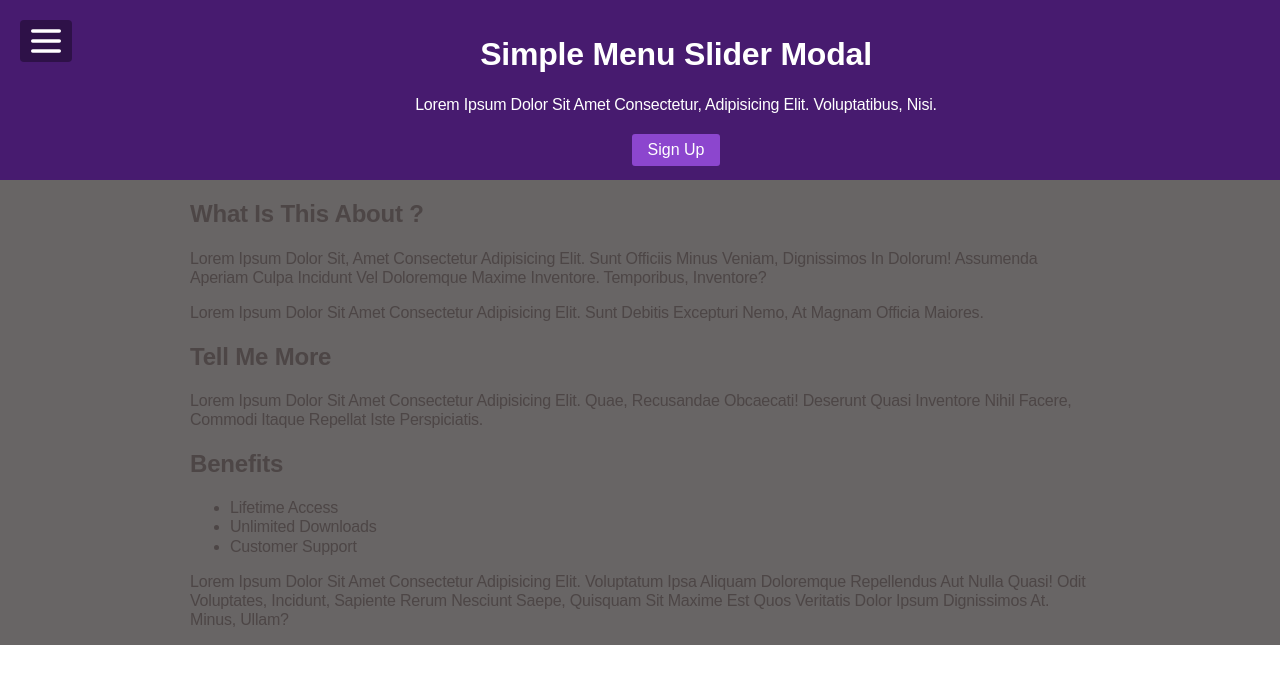
Repository: lilo750/Menu-Slider-modal
Page: index.html
The author's editor kept a copy of each file at every save. The page is drawn from the files as they stood at one save, then again after the next save.
The browser window is 1280 px wide. The pictures show the whole page.
After loading, the first visible `div.container` was clicked once.

Above is the page before, as saved 2024-01-16 03:32:24.

### index.html
<!DOCTYPE html>
<html lang="en">
    <head>
        <meta charset="UTF-8" />
        <meta name="viewport" content="width=device-width, initial-scale=1.0" />
        <title>menu-slider-modal</title>
        <script defer src="assets/logic.js"></script>
        <link rel="stylesheet" href="assets/style.css" />
    </head>
    <body>
        <div class="left-menu">
            <!-- <aside>
                <div id="profile-img">
                    <img
                        src="assets/visuals/profile-img.jpg"
                        alt="profile image"
                    />
                </div>
                <ul>
                    <li>home</li>
                    <li>portfolio</li>
                    <li>blog</li>
                    <li>contact me</li>
                </ul>
            </aside> -->

            <button id="burger-btn">
                <img
                    src="assets/visuals/burger-menu-svgrepo-com.svg"
                    alt="burger icon"
                />
            </button>
        </div>
        <div class="container">
            <header>
                <div class="heading">
                    <h1>Simple Menu slider Modal</h1>
                    <p>
                        Lorem ipsum dolor sit amet consectetur, adipisicing
                        elit. Voluptatibus, nisi.
                    </p>
                    <button id="signUp-btn">Sign Up</button>
                </div>
            </header>

            <main>
                <h2>what is this about ?</h2>
                <p>
                    Lorem ipsum dolor sit, amet consectetur adipisicing elit.
                    Sunt officiis minus veniam, dignissimos in dolorum!
                    Assumenda aperiam culpa incidunt vel doloremque maxime
                    inventore. Temporibus, inventore?
                </p>
                <p>
                    Lorem ipsum dolor sit amet consectetur adipisicing elit.
                    Sunt debitis excepturi nemo, at magnam officia maiores.
                </p>
                <h2>tell me more</h2>
                <p>
                    Lorem ipsum dolor sit amet consectetur adipisicing elit.
                    Quae, recusandae obcaecati! Deserunt quasi inventore nihil
                    facere, commodi itaque repellat iste perspiciatis.
                </p>
                <h2>benefits</h2>
                <ul>
                    <li>lifetime access</li>
                    <li>unlimited downloads</li>
                    <li>customer support</li>
                </ul>
                <p>
                    Lorem ipsum dolor sit amet consectetur adipisicing elit.
                    Voluptatum ipsa aliquam doloremque repellendus aut nulla
                    quasi! Odit voluptates, incidunt, sapiente rerum nesciunt
                    saepe, quisquam sit maxime est quos veritatis dolor ipsum
                    dignissimos at. Minus, ullam?
                </p>
            </main>
        </div>
        <!-- ./container -->

        <div class="modal">
            <header>
                <span>Sign Up</span>
                <button id="close-btn">
                    <img
                        src="assets/visuals/close-icon.svg"
                        alt="burger icon"
                    />
                </button>
            </header>
            <form>
                <p>Register with us to get offers. support and more</p>
                <div class="form-control">
                    <label for="name">Name</label>
                    <input id="name" type="text" required />
                </div>
                <div class="form-control">
                    <label for="mail">Email</label>
                    <input id="mail" type="email" required />
                </div>
                <div class="form-control">
                    <label for="pass">Password</label>
                    <input id="pass" type="password" required />
                </div>
                <div class="form-control">
                    <label for="cpass">Confirm Password</label>
                    <input id="cpass" type="password" required />
                    <span class="warning"></span>
                </div>

                <button id="submit-btn" type="submit">submit</button>
            </form>
        </div>
    </body>
</html>

### assets/logic.js
const signUpBtn = document.getElementById('signUp-btn');
const closeBtn = document.getElementById('close-btn');
const modal = document.querySelector('.modal');
const container = document.querySelector('.container');

const openModalHandler = () => {
    modal.style.pointerEvents = 'visible';
    modal.style.visibility = 'visible';
};

const closeModalHandler = () => {
    modal.style.pointerEvents = 'none';
    modal.style.visibility = 'hidden';
};

const modalOverlayHandler = () => {
    if ((modal.style.visibility = 'visible')) {
        container.style.backgroundColor = '#686565'; // will add the darker background
        closeModalHandler();
    }
};

signUpBtn.addEventListener('click', openModalHandler);
closeBtn.addEventListener('click', closeModalHandler);
container.addEventListener('click', modalOverlayHandler);

### assets/style.css
html {
    font-family: sans-serif;
    letter-spacing: -0.2px;
    color: #4d4646;
}

body {
    height: 100vh;
    margin: 0;
    padding: 0;
    text-transform: capitalize;
    line-height: 1.2;
}

.overlay {
    background-color: #686565;
}

.left-menu {
    position: absolute;

    #burger-btn {
        display: flex;
        align-items: center;
        justify-content: center;
        background-color: rgb(46, 17, 72);
        border: none;
        cursor: pointer;
        position: relative;
        left: 20px;
        top: 20px;
        border-radius: 4px;
    }
}

.container {
    display: flex;
    flex-direction: column;

    & header {
        background-color: rgb(71, 27, 111);
        color: #fff;
        text-align: center;
        padding: 14px 8px;
        padding-left: 80px;

        #signUp-btn {
            background-color: rgb(140, 70, 206);
            color: inherit;
            border: 0;
            outline: 2px;
            padding: 7px 16px;
            border-radius: 3px;
            cursor: pointer;
            font-size: 16px;
        }

        & p {
            margin-bottom: 20px;
        }
    }

    & main {
        max-width: 900px;
        align-self: center;
        padding-inline: 20px;
    }
}

.modal {
    visibility: hidden;
    pointer-events: none;
    width: 370px;
    background-color: #fff;
    border-radius: 3px;
    box-shadow: 1px 3px 17px 8px #bab4b4;
    position: absolute;
    left: 52%;
    top: 38%;
    transform: translate(-50%, -50%);

    & header {
        background-color: rgb(94, 36, 147);
        display: flex;
        justify-content: space-between;
        align-items: center;
        padding: 8px;
        margin-bottom: 32px;

        & span {
            color: #fff;
            font-weight: 600;
            font-size: 16px;
        }

        #close-btn {
            background-color: transparent;
            border: none;
            cursor: pointer;
            color: #fff;
        }
    }

    & form {
        padding-bottom: 18px;

        & p {
            font-size: 15px;
            font-weight: 600;
        }

        padding-inline: 18px;

        .form-control {
            display: flex;
            flex-direction: column;
            row-gap: 8px;
            margin-bottom: 12px;

            & input {
                padding: 8px;
                border: 1px solid #bab4b4;
                outline: none;
            }
        }

        #submit-btn {
            background-color: rgb(140, 70, 206);
            color: #fff;
            border: 0;
            outline: 2px;
            padding: 7px 16px;
            border-radius: 4px;
            cursor: pointer;
            font-size: 16px;
        }
    }
}

### assets/visuals/burger-menu-svgrepo-com.svg
<?xml version="1.0" encoding="utf-8"?><!-- Uploaded to: SVG Repo, www.svgrepo.com, Generator: SVG Repo Mixer Tools -->
<svg width="40px" height="40px" viewBox="0 0 24 24" fill="none" xmlns="http://www.w3.org/2000/svg">
<path d="M4 18L20 18" stroke="#ffff" stroke-width="2" stroke-linecap="round"/>
<path d="M4 12L20 12" stroke="#ffff" stroke-width="2" stroke-linecap="round"/>
<path d="M4 6L20 6" stroke="#ffff" stroke-width="2" stroke-linecap="round"/>
</svg>

### assets/visuals/close-icon.svg
<?xml version="1.0"?><svg xmlns="http://www.w3.org/2000/svg" viewBox="0 0 30 30" width="22px" height="22px">    <path d="M 7 4 C 6.744125 4 6.4879687 4.0974687 6.2929688 4.2929688 L 4.2929688 6.2929688 C 3.9019687 6.6839688 3.9019687 7.3170313 4.2929688 7.7070312 L 11.585938 15 L 4.2929688 22.292969 C 3.9019687 22.683969 3.9019687 23.317031 4.2929688 23.707031 L 6.2929688 25.707031 C 6.6839688 26.098031 7.3170313 26.098031 7.7070312 25.707031 L 15 18.414062 L 22.292969 25.707031 C 22.682969 26.098031 23.317031 26.098031 23.707031 25.707031 L 25.707031 23.707031 C 26.098031 23.316031 26.098031 22.682969 25.707031 22.292969 L 18.414062 15 L 25.707031 7.7070312 C 26.098031 7.3170312 26.098031 6.6829688 25.707031 6.2929688 L 23.707031 4.2929688 C 23.316031 3.9019687 22.682969 3.9019687 22.292969 4.2929688 L 15 11.585938 L 7.7070312 4.2929688 C 7.5115312 4.0974687 7.255875 4 7 4 z"/></svg>

After the next save:
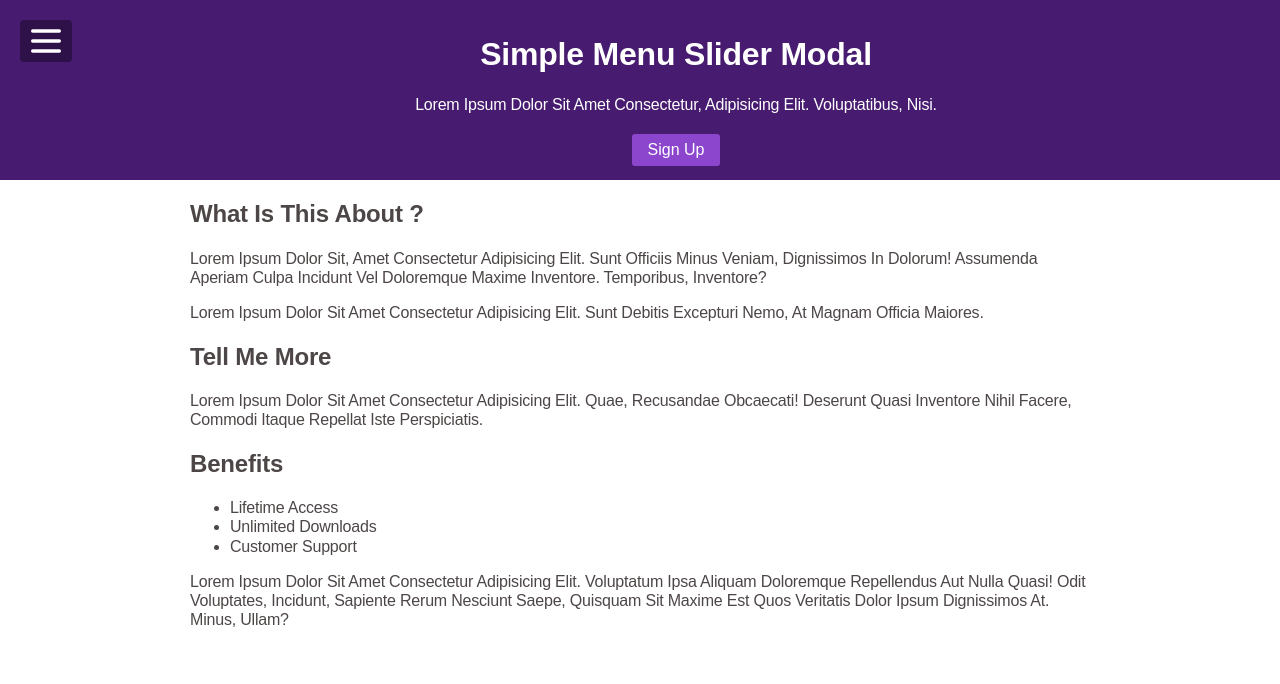
Saved 48 s later.
--- a/assets/logic.js
+++ b/assets/logic.js
@@ -15,7 +15,7 @@
 
 const modalOverlayHandler = () => {
     if ((modal.style.visibility = 'visible')) {
-        container.style.backgroundColor = '#686565'; // will add the darker background
+        // container.style.backgroundColor = '#686565'; // will add the darker background
         closeModalHandler();
     }
 };

After the save that followed:
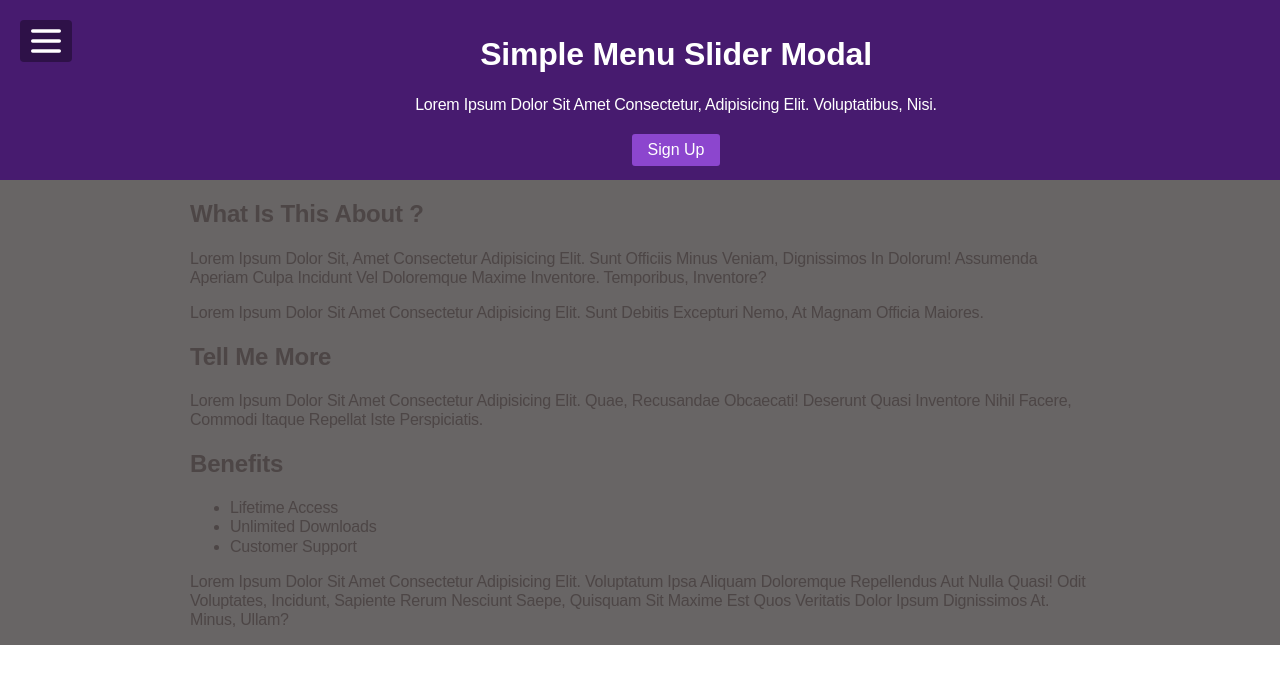
Saved 8 s later.
--- a/assets/logic.js
+++ b/assets/logic.js
@@ -15,7 +15,7 @@
 
 const modalOverlayHandler = () => {
     if ((modal.style.visibility = 'visible')) {
-        // container.style.backgroundColor = '#686565'; // will add the darker background
+        container.style.backgroundColor = '#686565'; // will add the darker background
         closeModalHandler();
     }
 };
